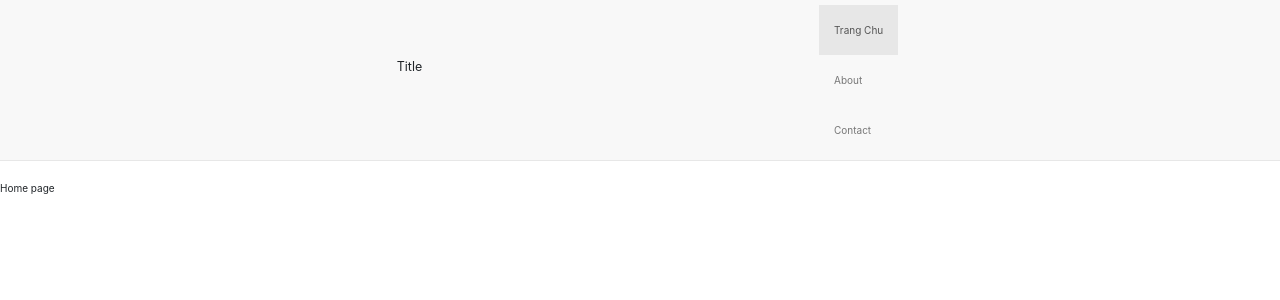
Repository: hntvip/react-route
Page: /
These files come from the project's save history. The page is drawn as it stood at one moment and after a run of saves; the edit follows.
The browser window is 1280 px wide. The pictures show the whole page.
The project was rebuilt for these pictures with package versions that can differ from the ones it lists, and the page was loaded fresh each time. Also part of the build but not shown: src/components/About.js, src/components/Contact.js.

Above is the page before, as saved 2019-11-28 09:41:42.

### public/index.html
<!DOCTYPE html>
<html lang="en">
  <head>
    <meta charset="utf-8" />
    <link rel="icon" href="%PUBLIC_URL%/favicon.ico" />
    <meta name="viewport" content="width=device-width, initial-scale=1" />
    <meta name="theme-color" content="#000000" />
    <meta
      name="description"
      content="Web site created using create-react-app"
    />
    <link rel="apple-touch-icon" href="logo192.png" />
    <!--
      manifest.json provides metadata used when your web app is installed on a
      user's mobile device or desktop. See https://developers.google.com/web/fundamentals/web-app-manifest/
    -->
    <link rel="manifest" href="%PUBLIC_URL%/manifest.json" />
    <!--
      Notice the use of %PUBLIC_URL% in the tags above.
      It will be replaced with the URL of the `public` folder during the build.
      Only files inside the `public` folder can be referenced from the HTML.

      Unlike "/favicon.ico" or "favicon.ico", "%PUBLIC_URL%/favicon.ico" will
      work correctly both with client-side routing and a non-root public URL.
      Learn how to configure a non-root public URL by running `npm run build`.
    -->
    <title>React App</title>

    <!-- Latest compiled and minified CSS & JS -->
    <link rel="stylesheet" media="screen" href="//netdna.bootstrapcdn.com/bootstrap/3.3.4/css/bootstrap.min.css">
    <script src="//code.jquery.com/jquery.js"></script>
    <script src="//netdna.bootstrapcdn.com/bootstrap/3.3.4/js/bootstrap.min.js"></script>

  </head>
  <body>
    <noscript>You need to enable JavaScript to run this app.</noscript>
    <div id="root"></div>
    <!--
      This HTML file is a template.
      If you open it directly in the browser, you will see an empty page.

      You can add webfonts, meta tags, or analytics to this file.
      The build step will place the bundled scripts into the <body> tag.

      To begin the development, run `npm start` or `yarn start`.
      To create a production bundle, use `npm run build` or `yarn build`.
    -->
  </body>
</html>

### src/index.js
import React from 'react';
import ReactDOM from 'react-dom';
import './index.css';
import App from './App';
import * as serviceWorker from './serviceWorker';

import '../node_modules/bootstrap/dist/css/bootstrap.css';

ReactDOM.render(<App />, document.getElementById('root'));

// If you want your app to work offline and load faster, you can change
// unregister() to register() below. Note this comes with some pitfalls.
// Learn more about service workers: https://bit.ly/CRA-PWA
serviceWorker.unregister();

### src/App.js
import React from 'react';
import './App.css';
import { BrowserRouter as Router, Route, Link} from 'react-router-dom';
import About from './components/About';
import Home from './components/Home';
import Contact from './components/Contact';
const MenuLink = ({label, to, activeOnlyWhenExact}) => {
  return (
    <Route path={to} exact={activeOnlyWhenExact} children={({match})=>{
      var active = match ? 'active': 'abc'
      return (
        <li className={active}>
          <Link to={to} className="my-link">{label}</Link>
        </li>
      )
    }} >

    </Route>
  )
}
function App() {
  return (
    <Router>
      <nav className="navbar navbar-default navbar-fixed-top" role="navigation">
        <a className="navbar-brand">Title</a>
        <ul className="nav navbar-nav">
          <MenuLink to="/" label="Trang Chu" activeOnlyWhenExact="true"/>
          <MenuLink to="/about" label="About" activeOnlyWhenExact="false"/>
          <MenuLink to="/contact" label="Contact" activeOnlyWhenExact="false"/>
        </ul>
      </nav>
      {/* Noi Dung */}
      <Route path="/" exact component={Home}></Route>
        <Route path="/contact" component={Contact}></Route>
        <Route path="/about" component={About}></Route>

    </Router>
  );
}

export default App;

### src/App.css
.App {
  text-align: center;
}

.App-logo {
  height: 40vmin;
}

.App-header {
  background-color: #282c34;
  min-height: 100vh;
  display: flex;
  flex-direction: column;
  align-items: center;
  justify-content: center;
  font-size: calc(10px + 2vmin);
  color: white;
}

.App-link {
  color: #09d3ac;
}

.active{
  background: white;
  color: red
}

### src/components/Home.js
import React from 'react';

function Home() {
  return (
    <div>Home page</div>
  );
}

export default Home;

Loaded but not shown: src/index.css (common file); src/serviceWorker.js (common file)

After the next 2 saves:
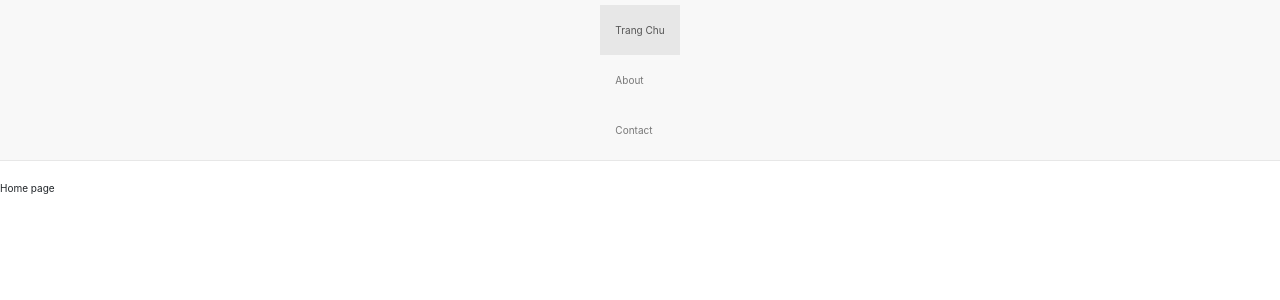
The 2 saves are shown as one change because they came seconds apart.
The last was saved 9 s later.
--- a/src/App.js
+++ b/src/App.js
@@ -22,7 +22,6 @@ function App() {
   return (
     <Router>
       <nav className="navbar navbar-default navbar-fixed-top" role="navigation">
-        <a className="navbar-brand">Title</a>
         <ul className="nav navbar-nav">
           <MenuLink to="/" label="Trang Chu" activeOnlyWhenExact="true"/>
           <MenuLink to="/about" label="About" activeOnlyWhenExact="false"/>
@@ -31,8 +30,8 @@ function App() {
       </nav>
       {/* Noi Dung */}
       <Route path="/" exact component={Home}></Route>
-        <Route path="/contact" component={Contact}></Route>
-        <Route path="/about" component={About}></Route>
+      <Route path="/contact" component={Contact}></Route>
+      <Route path="/about" component={About}></Route>
 
     </Router>
   );
